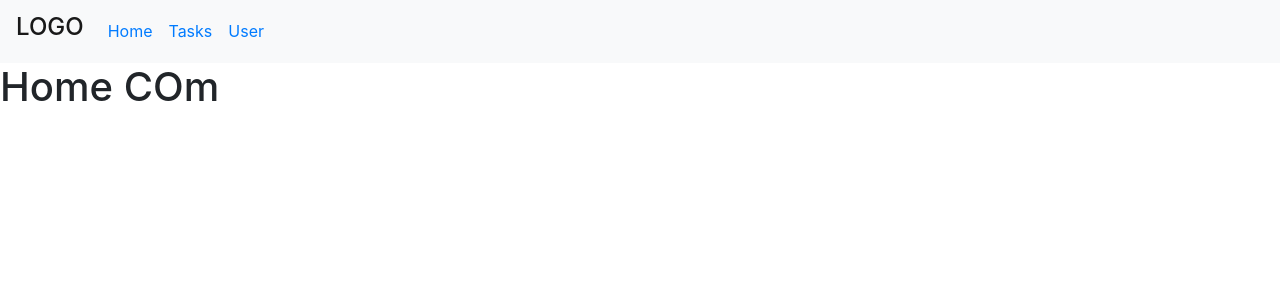
Repository: lalji-yadav/Nimapinfotech-demo-project
Page: /
These files come from the project's save history. The page is drawn as it stood at one moment and after the next save; the edit follows.
The browser window is 1280 px wide. The pictures show the whole page.
The project was rebuilt for these pictures with package versions that can differ from the ones it lists, and the page was loaded fresh each time. Also part of the build but not shown: src/App.css, src/components/Tasks.js, src/components/Users.js, src/components/Login.js.

Above is the page before, as saved 2021-01-16 17:44:05.

### src/App.js
import './App.css';
import Navbar from "./components/Navbars";
import Login from "./components/Login";


function App() {
  return (
    <div>

    {/* <Login /> */}
    <Navbar />
    </div>
  );
}

export default App;

### src/components/Navbars.js
import React from 'react';
import { Navbar,Nav,NavDropdown,Form,FormControl ,Button } from 'react-bootstrap';
import {
  BrowserRouter as Router,
  Switch,
  Route,
  Link
} from "react-router-dom";

import Home from "./Home";
import Tasks from "./Tasks";
import User from "./Users";


const Navbars=()=> {
        return (
            <div>

              <Router>
                  <Navbar bg="light" expand="lg">
                      <Navbar.Brand> <h4>LOGO</h4></Navbar.Brand>
                      <Navbar.Toggle aria-controls="basic-navbar-nav" />
                      <Navbar.Collapse id="basic-navbar-nav">
                        {/* <Nav variant="pills" defaultActiveKey="/home">
                          <Nav.Link> <Link to="/">Home</Link> </Nav.Link>
                          <Nav.Link> <Link to="/tasks">Tasks</Link> </Nav.Link>
                          <Nav.Link> <Link to="/user">User</Link> </Nav.Link>

                        </Nav> */}

<Nav variant="pills" defaultActiveKey="/home">
  <Nav.Item>
    <Nav.Link href="/home" eventKey="link-0"> <Link to="/">Home</Link> </Nav.Link>
  </Nav.Item>
  <Nav.Item>
    <Nav.Link eventKey="link-1"> <Link to="/tasks"> Tasks </Link> </Nav.Link>
  </Nav.Item>
  <Nav.Item>
    <Nav.Link eventKey="link-2">
    <Link to="/user"> User </Link>
    </Nav.Link>
  </Nav.Item>
</Nav>
                      </Navbar.Collapse>
                    </Navbar>


                    <Switch>
                      <Route exact path="/" component={Home} />

                      <Route exact path="/user" component={User} />

                      <Route exact path="/tasks" component={Tasks} />

                    </Switch>
             </Router>

            </div>
        );
    }

export default Navbars;

### src/components/Home.js
import React from 'react';

const Home=()=> {

        return (
            <div>
                <h1>Home COm</h1>

            </div>
        );
    }

export default Home;

Loaded but not shown: public/index.html (common file); src/index.js (common file); src/index.css (common file); src/reportWebVitals.js (common file); src/App.css (no copy from this time; the picture is the same without it)

After the next save:
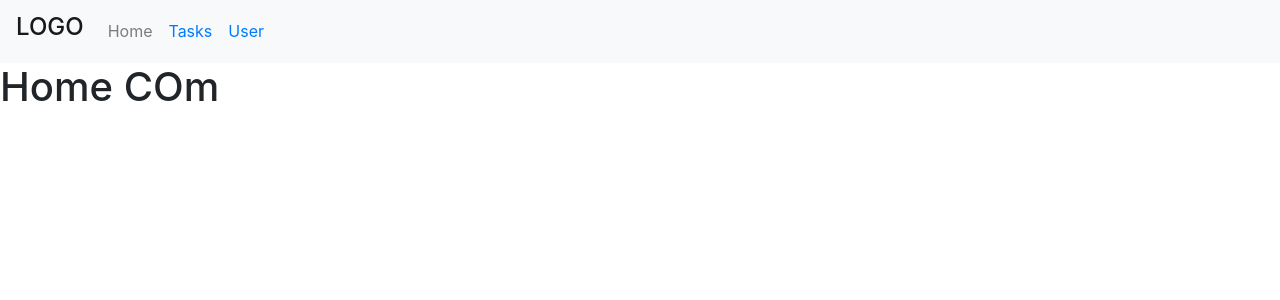
Saved 2 min 23 s later.
--- a/src/components/Navbars.js
+++ b/src/components/Navbars.js
@@ -30,7 +30,7 @@ const Navbars=()=> {
 
 <Nav variant="pills" defaultActiveKey="/home">
   <Nav.Item>
-    <Nav.Link href="/home" eventKey="link-0"> <Link to="/">Home</Link> </Nav.Link>
+    <Nav.Link href="/home" eventKey="link-0">Home </Nav.Link>
   </Nav.Item>
   <Nav.Item>
     <Nav.Link eventKey="link-1"> <Link to="/tasks"> Tasks </Link> </Nav.Link>
